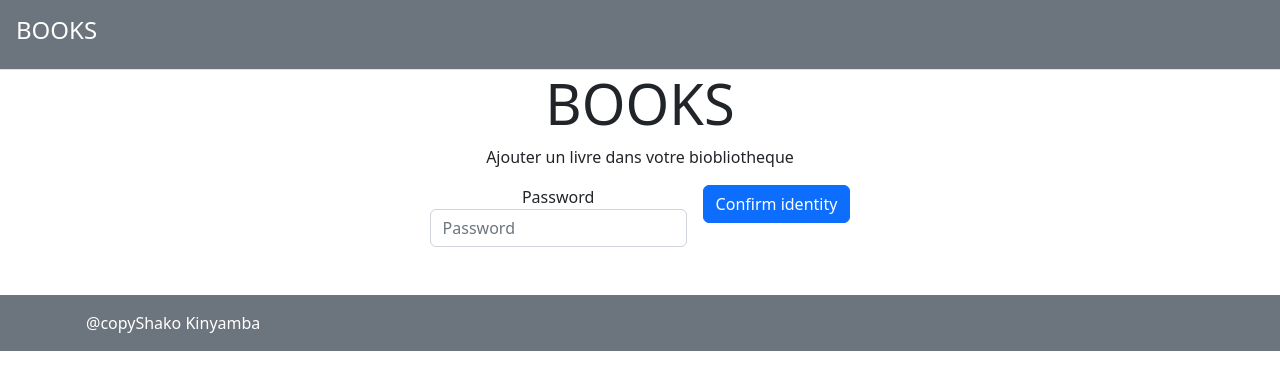
Repository: SKB-TECH/Books
Page: /
An editor plug-in stored every save of this project. The page is shown before and after the next save, followed by the edit.
The browser window is 1280 px wide. The pictures show the whole page.
The project was rebuilt for these pictures with package versions that can differ from the ones it lists, and the page was loaded fresh each time. Also part of the build but not shown: vite.config.js.

Above is the page before, as saved 2022-11-09 15:56:22.

### src/main.jsx
import React from 'react'
import ReactDOM from 'react-dom/client'
import App from './App'
import 'bootstrap/dist/css/bootstrap.min.css'

ReactDOM.createRoot(document.getElementById('root')).render(
  <React.StrictMode>
    <App />
  </React.StrictMode>
)

### src/App.jsx
import React from 'react';
import Footer from './components/Footer';
import Navbar from './components/Navbar';
import AddBooks from './Containers/AddBooks'
const App = () => {
  return (
    <div className='App'>
      <Navbar />
      <AddBooks />
      <Footer />
    </div>
  );
};

export default App;

### src/components/Footer.jsx
import React from 'react';

const Footer = () => {
    return (
        <footer className='footer text-white bg-secondary mt-5'>
            <div className='container p-3'>
                <span>
                    @copyShako Kinyamba
                </span>
            </div>
        </footer>
    );
};

export default Footer;

### src/components/Navbar.jsx
import React from 'react';

const Navbar = () => {
    return (
        <header>
            <div className='d-flex flex-column flex-md-row p-3 border-bottom bg-secondary text-white'>
                <h4 className='mr-md-auto'>
                    <a href="/" className='text-decoration-none text-white'>BOOKS</a>
                </h4>
            </div>
            {/* Menu principl */}
        </header>
    );
};

export default Navbar;

### src/Containers/AddBooks.jsx
import React from 'react';

const AddBooks = () => {
    return (
        <main role="main">
            <div className='jumbotron jumbotron-fluid'>
                <div className='container text-center'>
                    <h1 className='display-4'>
                        BOOKS
                    </h1>
                    <p>
                        Ajouter un livre dans votre biobliotheque
                    </p>

                    <form className="form-inline justify-content-center row g-3">
                        <div className="col-auto">
                            <label for="inputPassword2" classNmae="visually-hidden">Password</label>
                            <input type="password" className="form-control" id="inputPassword2" placeholder="Password" />
                        </div>
                        <div class="col-auto">
                            <button type="submit" className="btn btn-primary mb-3">Confirm identity</button>
                        </div>
                    </form>
                </div>
            </div>
        </main>
    );
};

export default AddBooks;

Loaded but not shown: index.html (common file)

After the next save:
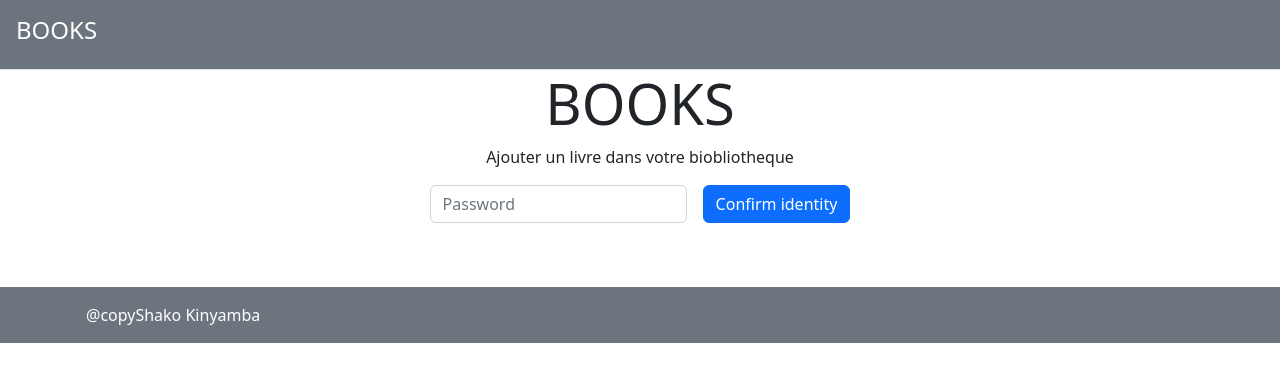
Saved 26 s later.
--- a/src/Containers/AddBooks.jsx
+++ b/src/Containers/AddBooks.jsx
@@ -14,7 +14,6 @@ const AddBooks = () => {
 
                     <form className="form-inline justify-content-center row g-3">
                         <div className="col-auto">
-                            <label for="inputPassword2" classNmae="visually-hidden">Password</label>
                             <input type="password" className="form-control" id="inputPassword2" placeholder="Password" />
                         </div>
                         <div class="col-auto">
